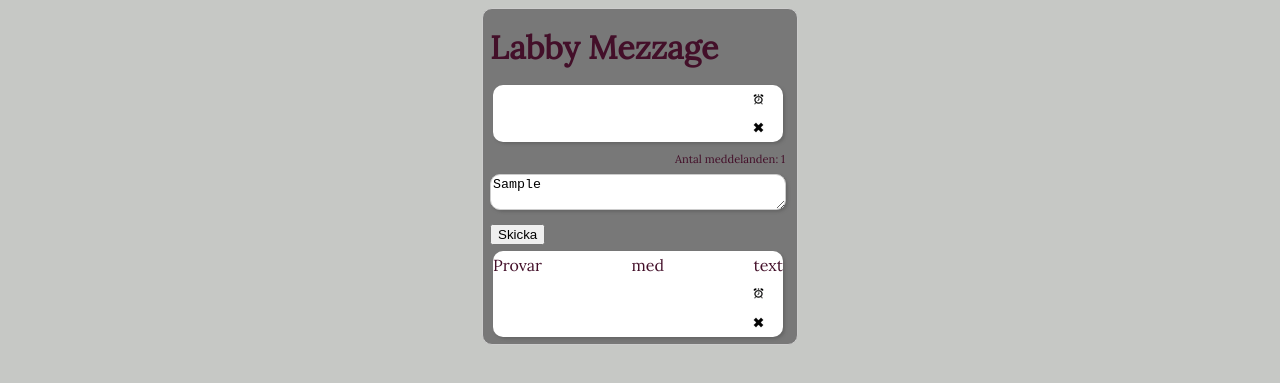
Repository: Angamanga/1dv403-laborationer
Page: 2-labbymezzage/index.html
The author's editor kept a record of every edit. The page is drawn from the files as they stood at one moment, then again after the next edit.
The browser window is 1280 px wide. The pictures show the whole page.
Empty fields were first filled with sample values (such as "Sample", 5 or name@example.com).
After loading, the first visible `input.submitMessage` was clicked once.

Above is the page before.

After the next edit:
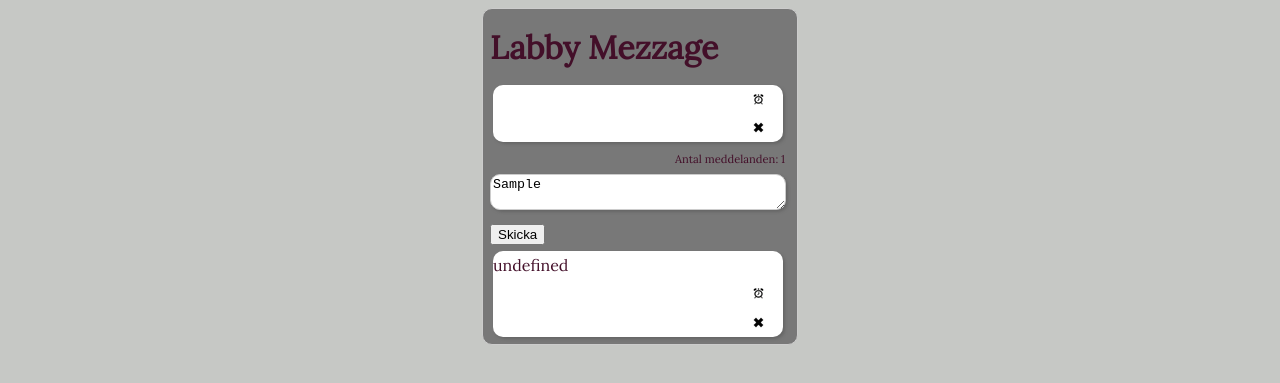
The edit:
--- a/2-labbymezzage/js/script.js
+++ b/2-labbymezzage/js/script.js
@@ -19,7 +19,7 @@
     messContainer.className = "messages";
      var container = document.querySelector(".container");
     container.appendChild(messContainer);
-    var text = document.createTextNode("Provar med text");
+    var text = document.createTextNode(input);
     messContainer.appendChild(text);
     var img1 =document.createElement("img");
     img1.className ="showDate";
